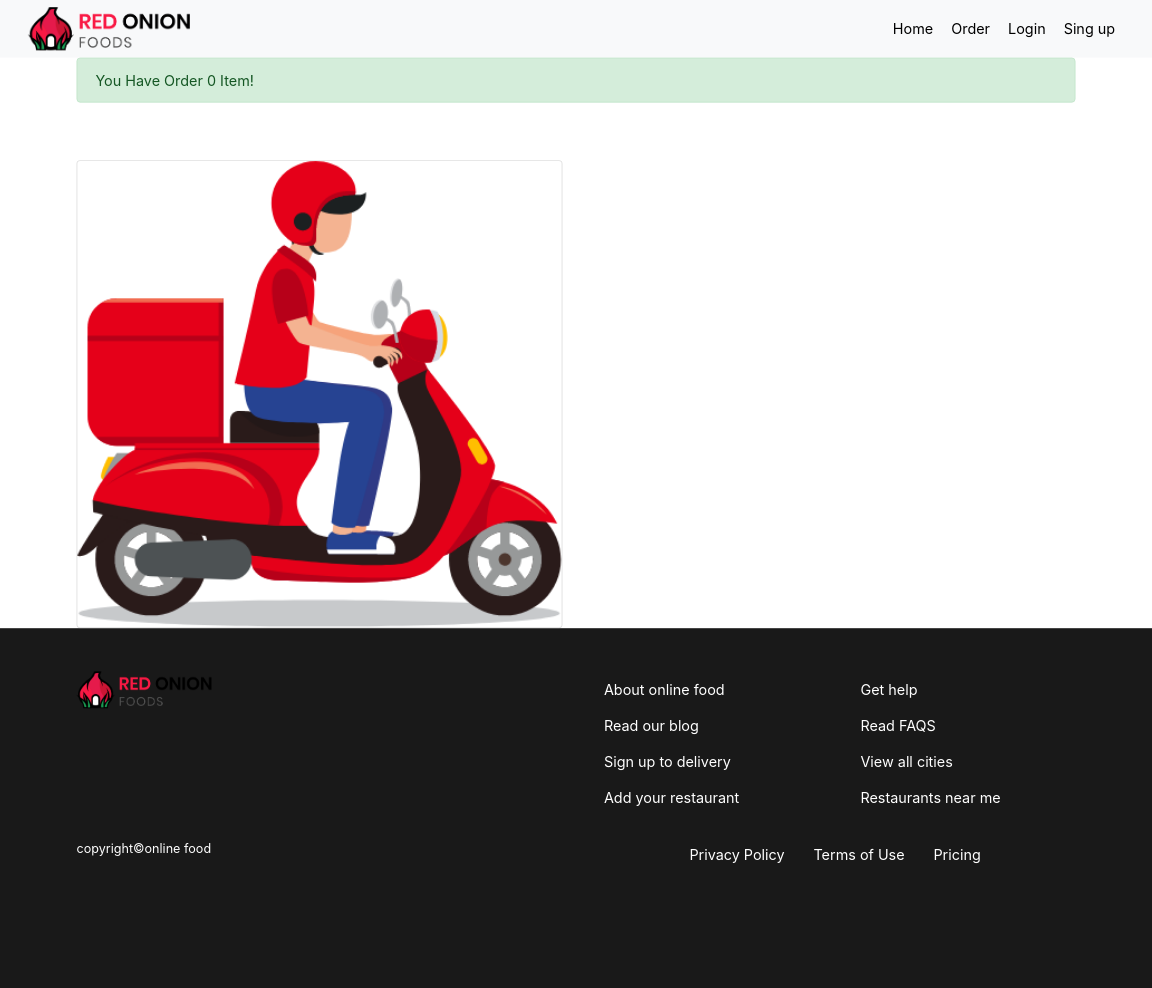
Repository: arif286/red-onion-client
Page: /order
These files come from the project's save history. The page is drawn as it stood at one moment and after the next save; the edit follows.
The browser window is 1280 px wide. The pictures show the whole page, at 90% of full size.
The page's requests for data from a server got no answer. The project was rebuilt for these pictures with package versions that can differ from the ones it lists, and the page was loaded fresh each time. No one was signed in, and anything a server would have sent is missing. Also part of the build but not shown: src/App.css, src/components/CheckOut/CheckOut.css, src/components/CheckOut/CheckOutForm/CheckOutFrom.js, src/components/CheckOut/CheckOut.js, src/components/SearchBar/SearchBar.css, src/components/SearchBar/SearchBar.js, src/components/FoodDetails/FoodDetail.css, src/components/FoodDetails/FoodDetail.js and 12 more. Imported but missing from the stored project, and not drawn on this page: src/components/CheckOut/Map/Map.

Above is the page before, as saved 2021-04-06 04:19:50.

### public/index.html
<!DOCTYPE html>
<html lang="en">
  <head>
    <meta charset="utf-8" />
    <link rel="icon" href="%PUBLIC_URL%/favicon.ico" />
    <meta name="viewport" content="width=device-width, initial-scale=1" />
    <meta name="theme-color" content="#000000" />
    <meta
      name="description"
      content="Web site created using create-react-app"
    />
    <link rel="apple-touch-icon" href="%PUBLIC_URL%/logo192.png" />
    <!--
      manifest.json provides metadata used when your web app is installed on a
      user's mobile device or desktop. See https://developers.google.com/web/fundamentals/web-app-manifest/
    -->
    <link rel="manifest" href="%PUBLIC_URL%/manifest.json" />

    <!-- <link
      href="https://api.tiles.mapbox.com/mapbox-gl-js/v2.1.1/mapbox-gl.css"
      rel="stylesheet"
    /> -->
    <!--
      Notice the use of %PUBLIC_URL% in the tags above.
      It will be replaced with the URL of the `public` folder during the build.
      Only files inside the `public` folder can be referenced from the HTML.

      Unlike "/favicon.ico" or "favicon.ico", "%PUBLIC_URL%/favicon.ico" will
      work correctly both with client-side routing and a non-root public URL.
      Learn how to configure a non-root public URL by running `npm run build`.
    -->
    <title>Red Onion</title>
  </head>
  <body>
    <noscript>You need to enable JavaScript to run this app.</noscript>
    <div id="root"></div>
    <!--
      This HTML file is a template.
      If you open it directly in the browser, you will see an empty page.

      You can add webfonts, meta tags, or analytics to this file.
      The build step will place the bundled scripts into the <body> tag.

      To begin the development, run `npm start` or `yarn start`.
      To create a production bundle, use `npm run build` or `yarn build`.
    -->
  </body>
</html>

### src/App.js
import "bootstrap/dist/css/bootstrap.min.css";
import React, { createContext, useState } from "react";
import { BrowserRouter as Router, Route, Switch } from "react-router-dom";
import './App.css';
import CheckOut from "./components/CheckOut/CheckOut";
import Map from "./components/CheckOut/Map/Map";
import FoodDetail from "./components/FoodDetails/FoodDetail";
import Footer from "./components/Footer/Footer";
import Header from "./components/Header/Header";
import Home from './components/Home/Home';
import Login from "./components/LogIn/Login";
import Order from "./components/Order/Order";
import SingUp from "./components/SingUp/SingUp";


export const UserContext = createContext();
function App() {
  const [loggedInUser, setLoggedInUser] = useState({});
  return (
    <UserContext.Provider value={[loggedInUser, setLoggedInUser]}>
      <Router>
        <Header />
        <Switch>
          <Route path="/home">
            <Home />
          </Route>
          <Route path="/signUp">
            <SingUp />
          </Route>
          <Route path="/login">
            <Login />
          </Route>
          <Route path="/food/details/:foodId">
            <FoodDetail />
          </Route>
          <Route path='/checkOut'>
            <CheckOut/>
          </Route>
          <Route path='/order'>
            <Order/>
          </Route>
          <Route path='/map'>
            <Map/>
          </Route>
          <Route exact path="/">
            <Home/>
          </Route>
        </Switch>
        <Footer />
      </Router>
    </UserContext.Provider>
  );

}

export default App;

### src/components/Footer/Footer.js
import React from 'react';
import { NavLink } from 'react-bootstrap';
import Logo from '../../onion-restaurent/logo2.png';
import './Footer.css';

const Footer = () => {
    return (
      <footer>
        <div className="container">
          <div className="row pt-5">
            <div className="col-md-6 col-sm-12 pb-4">
              <img className="footer-img" src={Logo} alt="" />
            </div>
            <div className="col-md-3 col-sm-12 pb-4">
              <ul className="nav flex-column">
                <li className="nav-item">
                  <NavLink
                    className="nav-link active footer-link"
                    aria-current="page"
                    to="/"
                  >
                    About online food
                  </NavLink>
                </li>
                <li className="nav-item">
                  <NavLink className="nav-link footer-link" to="/">
                    Read our blog
                  </NavLink>
                </li>
                <li className="nav-item">
                  <NavLink className="nav-link footer-link" to="/">
                    Sign up to delivery
                  </NavLink>
                </li>
                <li className="nav-item">
                  <NavLink className="nav-link footer-link" to="/">
                    Add your restaurant
                  </NavLink>
                </li>
              </ul>
            </div>
            <div className="col-md-3 col-sm-12 pb-4">
              <ul className="nav flex-column">
                <li className="nav-item">
                  <NavLink
                    className="nav-link footer-link"
                    aria-current="page"
                    to="/"
                  >
                    Get help
                  </NavLink>
                </li>
                <li className="nav-item">
                  <NavLink className="nav-link footer-link" to="/">
                    Read FAQS
                  </NavLink>
                </li>
                <li className="nav-item">
                  <NavLink className="nav-link footer-link" to="/">
                    View all cities
                  </NavLink>
                </li>
                <li className="nav-item">
                  <NavLink className="nav-link footer-link" to="/">
                    Restaurants near me
                  </NavLink>
                </li>
              </ul>
            </div>
          </div>

          <div className="row">
            <div className="col-md-7">
              <p className='copy-right'>
                <small>
                  copyright<span>&#169;</span>online food
                </small>
              </p>
            </div>
            <div className="col-md-5">
              <div className='d-flex'>
                <NavLink className="footer-link">Privacy Policy</NavLink>
                <NavLink className="footer-link">Terms of Use</NavLink>
                <NavLink className="footer-link">Pricing</NavLink>
              </div>
            </div>
          </div>
        </div>
      </footer>
    );
};

export default Footer;

### src/components/Header/Header.js
import { faShoppingCart } from "@fortawesome/free-solid-svg-icons";
import { FontAwesomeIcon } from "@fortawesome/react-fontawesome";
import React from 'react';
import { NavLink } from "react-router-dom";
import logo from '../../onion-restaurent/logo2.png';
import './Header.css';
const cart = <FontAwesomeIcon icon={faShoppingCart} />;
const Header = () => {
    const header = {
        logo : {width: '180px'}
    }
    return (
      <div>
        <nav className="navbar navbar-expand-lg navbar-light bg-light">
          <div className="container-fluid">
            <div>
              <img style={header.logo} src={logo} alt="" />
            </div>
            <button
              className="navbar-toggler"
              type="button"
              data-bs-toggle="collapse"
              data-bs-target="#navbarNav"
              aria-controls="navbarNav"
              aria-expanded="false"
              aria-label="Toggle navigation"
            >
              <span className="navbar-toggler-icon"></span>
            </button>
            <div
              className="collapse  navbar-collapse justify-content-end"
              id="navbarNav"
            >
              <ul className="navbar-nav align-items-center">
                <li className="nav-item">
                  <NavLink className="header-link" to="/">
                    Home
                  </NavLink>
                </li>
                <li className="nav-item">
                  <NavLink className="header-link" to="/order">
                    Order
                  </NavLink>
                </li>
                <li className="nav-item">
                  <NavLink className="header-link" to="/login">
                    Login
                  </NavLink>
                </li>
                <li className="nav-item">
                  <NavLink className="header-link" to="/signUp">
                    Sing up
                  </NavLink>
                </li>
              </ul>
            </div>
          </div>
        </nav>
      </div>
    );
};

export default Header;

### src/components/Order/Order.js
import axios from "axios";
import React, { useContext, useEffect, useState } from "react";
import { Alert, Card, Col, Container, Row } from "react-bootstrap";
import { UserContext } from "../../App";
import delivery from "../../onion-restaurent/Image/Group 1151.png";


const Order = () => {
  const [order, setOrder] = useState([]);
  const [loggedInUser, setLoggedInUser] = useContext(UserContext);

  useEffect(() => {
    axios.get(`http://localhost:5000/orderDetails?email=${loggedInUser.email}`)
      .then(res => {
        console.log(res.data)
        setOrder(res.data)
      })
      .catch(err => console.log(err));
  }, [loggedInUser.email]);
  const {address, date, foodName, picture, name, totalPrice} = order;
  return (
    <Container>
      <Alert variant="success">You Have Order {order.length} Item!</Alert>
      <Row className="justify-content-between">
        {order.map((item) => (
          <Col xs={12} sm={3}>
            <Card className="d-flex">
              <img src={item.picture} alt="" />
              <Card.Body>
                <Card.Title>{item.foodName}</Card.Title>
                <Card.Text>quantity: ${item.quantity}</Card.Text>
                <Card.Text>Total: ${item.totalPrice}</Card.Text>
              </Card.Body>
            </Card>
          </Col>
        ))}
      </Row>
      <Row className='mt-5'>
        <Col xs={6}>
          <Card>
            <img src={delivery} alt="" />
          </Card>
        </Col>
      </Row>
    </Container>
  );
};

export default Order;

### src/components/Footer/Footer.css
.footer-img {
  width: 150px;
}
footer {
  background-color: #191919;
  height: 400px;
}
.footer-link {
  color: white;
}
.footer-link:hover {
  color: #878787;
}
.copy-right {
  color: white;
}

### src/components/Header/Header.css
.header-link {
  color: black;
  display: inline-block;
  padding: 10px;
}
.header-link:hover {
  text-decoration: none;
  color: #777777;
}
.cart-btn {
  border: none;
  background: none;
}

Loaded but not shown: src/index.js (common file); src/index.css (common file); src/reportWebVitals.js (common file)

After the next save:
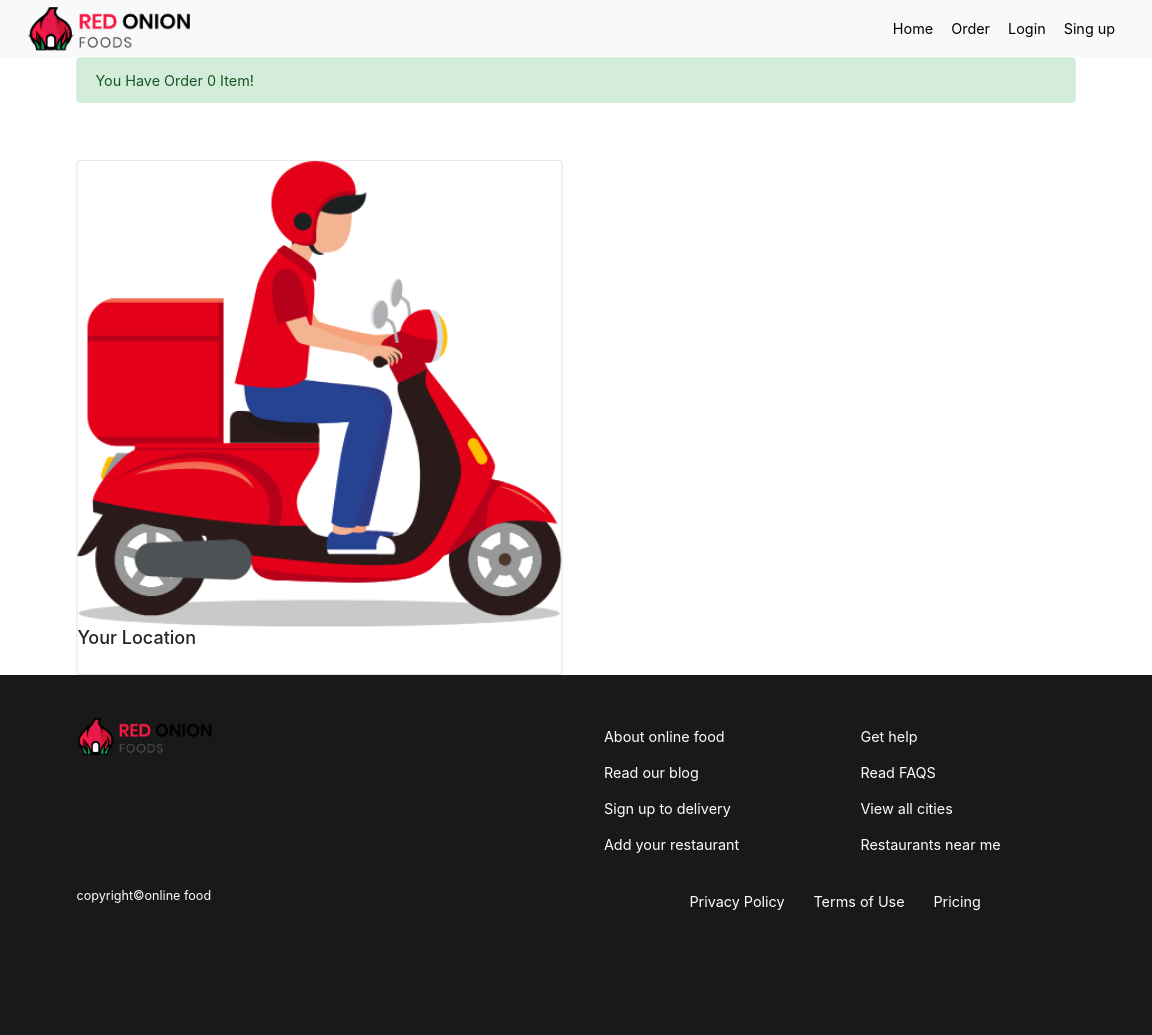
Saved 3 min 20 s later.
--- a/src/components/Order/Order.js
+++ b/src/components/Order/Order.js
@@ -35,10 +35,13 @@ const Order = () => {
           </Col>
         ))}
       </Row>
-      <Row className='mt-5'>
+      <Row className="mt-5">
         <Col xs={6}>
           <Card>
             <img src={delivery} alt="" />
+            <Card.Title>Your Location</Card.Title>
+            <Card.Text>{order[0]?.address}</Card.Text>
+            <Card.Text>{order[0]?.data.getHours()}</Card.Text>
           </Card>
         </Col>
       </Row>
